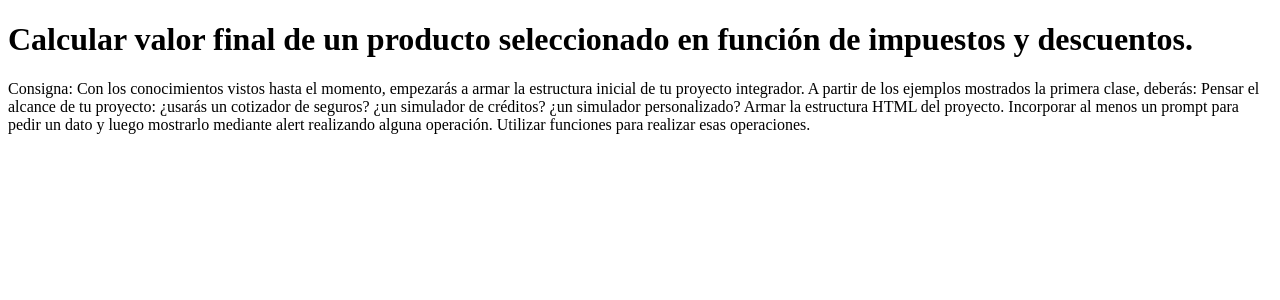
Repository: gadiazsaavedra/SimuladorInteractivo
Page: index.html
These files come from the project's save history. The page is drawn as it stood at one moment and after a run of saves; the edit follows.
The browser window is 1280 px wide. The pictures show the whole page.

Above is the page before, as saved 2022-02-28 11:32:59.

### index.html
<!DOCTYPE html>
<html lang="en">
<head>
    <meta charset="UTF-8">
    <meta http-equiv="X-UA-Compatible" content="IE=edge">
    <meta name="viewport" content="width=device-width, initial-scale=1.0">
    <title>Calculador</title>
</head>
<body>
    <h1>Calcular valor final de un producto seleccionado en función de impuestos y descuentos.</h1>
    <p>Consigna: Con los conocimientos vistos hasta el momento, empezarás a armar la estructura inicial de tu proyecto integrador. A partir de los ejemplos mostrados la primera clase, deberás:
        Pensar el alcance de tu proyecto: ¿usarás un cotizador de seguros? ¿un simulador de créditos? ¿un simulador personalizado?
        Armar la estructura HTML del proyecto.
        Incorporar al menos un prompt para pedir un dato y luego mostrarlo mediante alert realizando alguna operación.
        Utilizar funciones para realizar esas operaciones.
        </p>
</body>
</html>

After the next 2 saves:
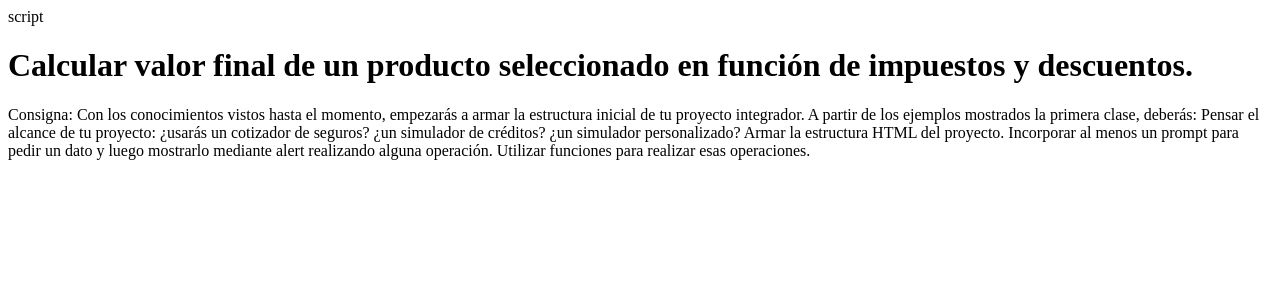
The 2 saves are shown as one change because they came seconds apart.
The last was saved 15 s later.
--- a/index.html
+++ b/index.html
@@ -4,6 +4,7 @@
     <meta charset="UTF-8">
     <meta http-equiv="X-UA-Compatible" content="IE=edge">
     <meta name="viewport" content="width=device-width, initial-scale=1.0">
+    script
     <title>Calculador</title>
 </head>
 <body>

After the save that followed:
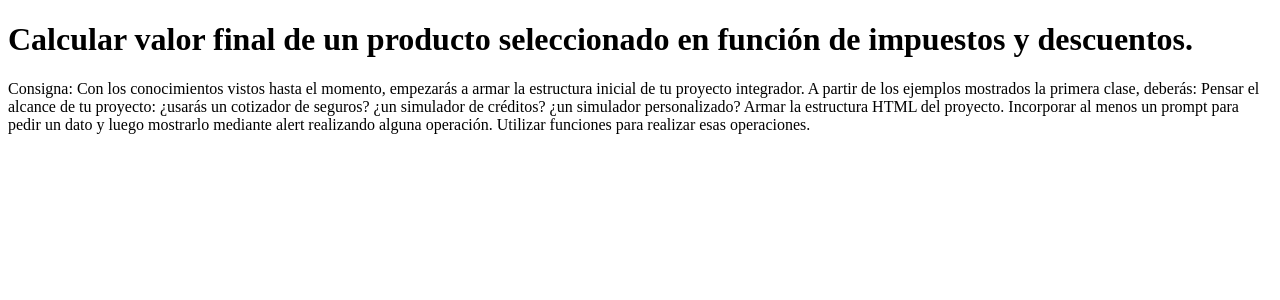
Saved 5 s later.
--- a/index.html
+++ b/index.html
@@ -4,7 +4,7 @@
     <meta charset="UTF-8">
     <meta http-equiv="X-UA-Compatible" content="IE=edge">
     <meta name="viewport" content="width=device-width, initial-scale=1.0">
-    script
+    <script></script>
     <title>Calculador</title>
 </head>
 <body>
